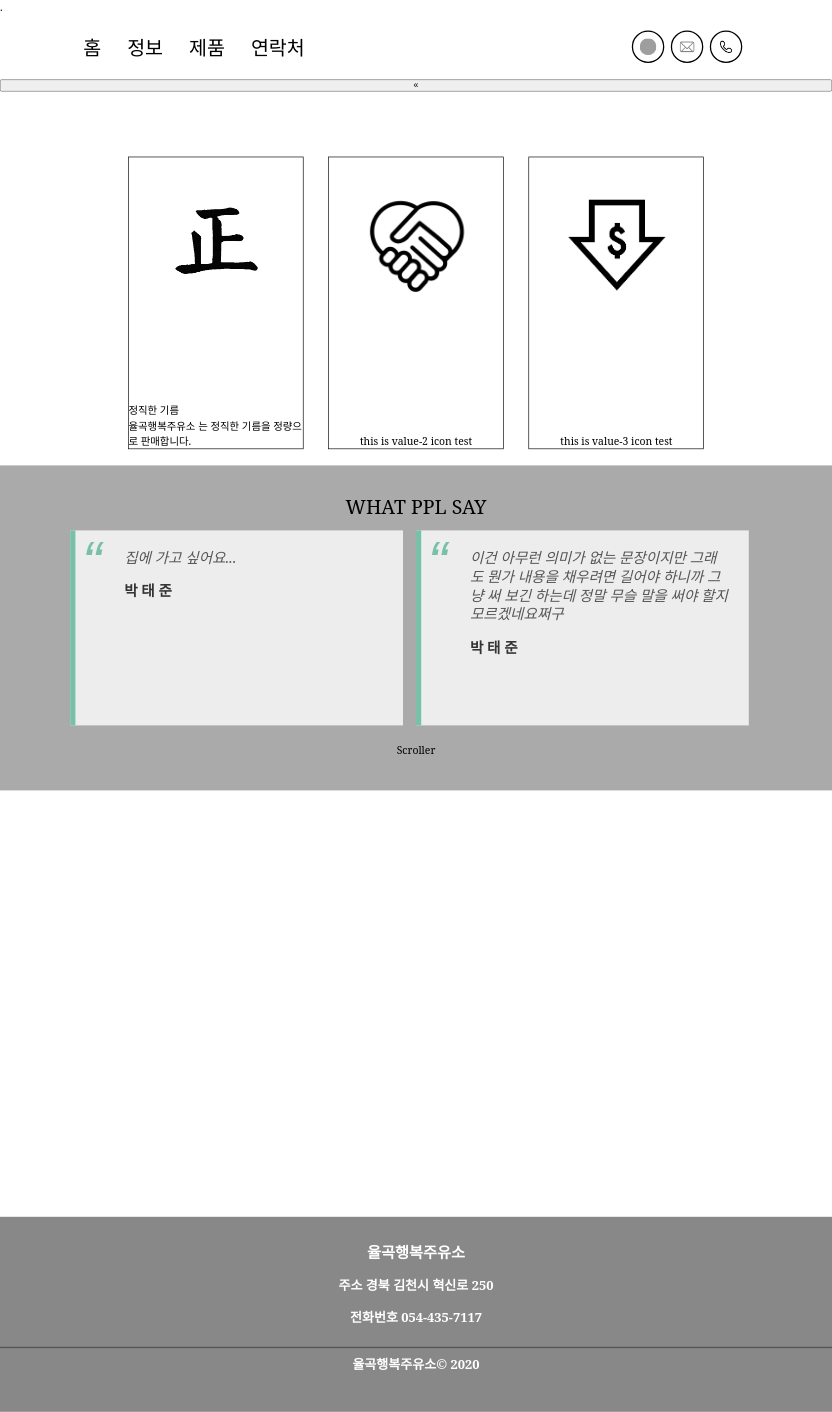
Repository: randomUser134923/pet-projects
Page: pet-projects/web1/index.html
The author's editor kept a record of every edit. The page is drawn from the files as they stood at one moment, then again after the next edit.
The browser window is 1280 px wide. The pictures show the whole page, at 65% of full size.
Pictures or frames that could not be fetched are drawn as grey boxes.

Above is the page before.

### pet-projects/web1/index.html
<!DOCTYPE html>
<html>
    <head>
        <meta charset="utf-8"/>
        <link rel="stylesheet" href="./css/style.css" type="text/css" />
        <link rel="stylesheet" href="./css/banner.css" type="text/css" />
          <link rel="stylesheet" href="https://cdnjs.cloudflare.com/ajax/libs/animate.css/4.1.1/animate.min.css" />
        <script type="text/javascript" src="./js/jquery-3.5.1.js"></script>
        <script src="https://cdnjs.cloudflare.com/ajax/libs/modernizr/2.8.3/modernizr.min.js"></script>.
        <script type="text/javascript" src="./js/banner.js"></script>


    </head>

    <body>
        <header>
            <div class="menu-wrapper">
                <ul class="menu-bar">
                    <li class="home_cont"><a href="#" class="home">홈</a></li>
                    <li class="about_cont"><a href="#" class="about">정보</a></li>
                    <li class="offer_cont"><a href="#" class="offer">제품</a></li>
                    <li class="contract_cont"><a href="#" class="contact">연락처</a></li>
                </ul>

                <ul class="icon-bar">
                    <li><img class="map-icon" src="./images/map.png" /></li>
                    <li><img class="mail-icon" src="./images/mail.png" /></li>
                    <li><img class="call-icon" src="./images/call.png" /></li>
                </ul>

            </div>

        </header>

        <div class="content-wrapper">
            <button onclick="prev()">&laquo;</button>
            <div class="scroller">
                <ul class="items">
                    <li class="item" style="background-image:url(./images/gas-station-1.jpg);"></li>
                    <li class="item" style="background-image:url(./images/img2.jpg);"></li>
                    <li class="item" style="background-image:url(./images/img3.jpg);"></li>
                </ul>
            </div>

            <div class="values">
                <div class="value1">
                    <div class ="value1-icon">
                        <img class= "value-icon-common" src="./images/honest.png"/>
                    </div>
                    <div class="value-text-container">
                        <div class="value-text-container-header">
                            정직한 기름
                        </div>
                        <div class="value-text-container-explain">
                            <p><span class="gas-station-name">율곡행복주유소</span> 는 정직한 기름을 정량으로 판매합니다.</p>
                        </div>
                    </div>
                </div>

                <div class="value2">
                    <div class ="value2-icon">
                        <img class= "value-icon-common" src="./images/kind.png"/>
                    </div>
                    <p>
                        this is value-2 icon test
                    </p>
                </div>

                <div class="value3">
                    <div class ="value3-icon">
                        <img class= "value-icon-common" src="./images/cheap.png"/>
                    </div>
                    <p>
                        this is value-3 icon test
                    </p>
                </div>
            </div>

            <div class="reviews">
                <div class="review-text">
                    WHAT PPL SAY
                </div>

                <div class="review-box-wrapper">
                    <div class="review-box-1">
                        <blockquote>
                            집에 가고 싶어요...
                          <span>박 태 준</span>
                        </blockquote>
                    </div>

                    <div class="review-box-1">
                        <blockquote>
                            이건 아무런 의미가 없는 문장이지만 그래도 뭔가 내용을 채우려면 길어야 하니까 그냥 써 보긴 하는데 정말 무슬 말을 써야 할지 모르겠네요쩌구
                          <span>박 태 준</span>
                        </blockquote>
                    </div>
                </div>

                <div class="scroller">
                    Scroller
                </div>
            </div>

        </div>

        <footer>
            <div class="footer_explain">
                <h3> 율곡행복주유소 </h3>
                <p>
                    <span class="address">주소</span> 경북 김천시 혁신로 250<br>
                    <span class="phone">전화번호</span> 054-435-7117 <br>
                </p>
            </div>

            <div class="copyright">
                <span>율곡행복주유소</span><spanw>&copy</spanw> 2020
            </div>
        </footer>
    </body>
</html>

### pet-projects/web1/css/style.css
/* https://freefrontend.com/css-sliders/ */


* {
    padding: 0;
    margin:0;
    box-sizing: border-box;
}

@font-face { font-family: 'NanumBarunGothic';
src: url('/fonts/NanumBarunGothic.eot');
src: url('/fonts/NanumBarunGothic.eot') format('embedded-opentype'),
url('/fonts/NanumBarunGothic.woff') format('woff');}



header {
    display: flex;
    align-items: center;
    justify-content: center;
    height: 100px;
    width: 100%;
    background-color: #FFFFFF;
}

body {
    font-family: 'NanumGothic', 'serif';

}

ul {
    list-style-type: none;
    text-decoration: none;
}


a {
    text-decoration: none;
}

.menu-wrapper {
    display: flex;
    flex-direction: row;
    width: 80%;
    justify-content: space-between;
    align-items: center;
}

.menu-bar {
    display: flex;
    flex-direction: row;
    align-items: center;
}

.icon-bar {
    display: flex;
    flex-direction: row;
    align-items: center;
}

.map-icon , .call-icon , .mail-icon {
    display: flex;
    justify-content: center;
    align-items: center;
    width: 50px;
    height: 50px;
    padding: 10px;
    mix-blend-mode: multiply;
    border: 2px solid black;
    border-radius: 50px;
    margin-right: 10px;
}

.menu-bar li a {
    color: black;
}

.menu-bar li a:hover {
    color: blue;
}


.home , .about, .offer, .contact {
    display: flex;
    justify-content: center;
    align-items: center;
    font-size: 30px;
    margin-right: 40px;
}



.contact {
    margin-right: 0px;
}

.content-wrapper {
    position: relative;
    display: flex;
    flex-direction: column;
    height: 1750px;

}

/*                           Sliding banner                           */
.scroller {
    position: relative;
    display: flex;
    overflow:hidden;
    flex-wrap: nowrap;
    width: 100%;
    height: 750px;
}



/* ------------------------------------------------------------------- */

.values {
    display: flex;
    justify-content: center;
    align-items: center;
    height: 500px;
}


.value1 , .value2 , .value3 {
    position: relative;
    display:flex;
    justify-content: center;
    align-items: flex-end;
    border: 1px solid black;
    width: 270px;
    height: 90%;
    margin-right: 3%;
}

.value1-text-container {
    display:flex;;
    flex-direction: column;

    width: 80%;
    height: 50%;
}

.value1-text-container-header {
    display:flex;
    text-align: center;

}

.value1-text-container-explain {
    display:flex;
}


.value3 {
    margin-right:0px;
}

.value1-icon , .value2-icon , .value3-icon {
    position: absolute;
    left: 50px;
    top: 50px;
    display: flex;
    justify-content: center;
    align-items: center;

    width: 170px;
    height: 170px;
}

.value-icon-common {
    width: 150px;
    height: 150px;
    mix-blend-mode: multiply;
}

.reviews {
    display: flex;
    justify-content: center;
    align-items: center;
    flex-direction: column;
    height: 500px;
    background-color: #AAAAAA;
}

.review-text {
    display: flex;
    justify-content: center;
    align-items: center;
    height: 75px;
    font-size: 30px;

}

.review-box-wrapper {
    display: flex;
    justify-content: center;
    align-items: center;
    flex-direction: row;
    width: 100%;
    height: 300px;

}

.review-box-1 {
    margin-right: 20px;
}

.review-box-1 , .review-box-2 {
    display: flex;
    justify-content: center;
    align-items: center;
    width: 40%;
    height: 100%;
}

blockquote{
  font-size: 1.4em;
  width:100%;
  height: 100%;
  margin:50px auto;
  font-style:italic;
  color: #555555;
  padding:1.2em 30px 1.2em 75px;
  border-left:8px solid #78C0A8 ;
  line-height:1.3;
  position: relative;
  background:#EDEDED;
}

blockquote::before{
  font-family:Arial;
  content: "\201C";
  color:#78C0A8;
  font-size:4em;
  position: absolute;
  left: 10px;
  top:-10px;
}

blockquote::after{
  content: '';
}

blockquote span{
  display:block;
  color:#333333;
  font-style: normal;
  font-weight: bold;
  margin-top:1em;
}


.scroller {
    display: flex;
    justify-content: center;
    align-items: center;
    height: 75px;
}
footer {
    height: 300px;
    font-size: 20px;
    text-align: center;
    color: white;
    background-color: #888888;
    font-weight: bold;
    line-height: 50px;
    vertical-align: middle;
}

.footer_explain {
    padding-top: 30px;
    height: 200px;
}

.copyright {
    height: 100px;
    border-top: 2px solid #555555;

}

### pet-projects/web1/css/banner.css

i {
    margin: 0;
	padding: 0;
	border: 0;
	font-size: 100%;
	font: inherit;
	vertical-align: baseline;
}


#slides{
  position: relative;
  width: 100%;
  padding: 0;
  margin: 0;
}

.slide{
  height:100%;
  position: relative;
  left: 0;
  top: 0;
  width: 100%;
  opacity: 0;
  transition: opacity 1s;
  background-size: cover;
}

.showing{
  opacity: 1;
  z-index: 2;
}

.slide1{
  background-image: url("../images/img1.jpg")
}

.slide2{
  background-image: url(("../images/img2.jpg)
}

.slide3{
  background-image: url(("../images/img3.jpg")
}



.arrow{
  color: #fff;
  z-index: 3;
  position: absolute;
  top: 80%;
  transition: color 1s;
    font-size: 30px;
}

.arrow:hover{
  cursor: pointer;
  color: #444;

}

.arrow-next{
  left: 20%;
}

.arrow-prev{
  right: 20%;
}



@media(min-width: 750px){

    .arrow-next{
      left: 40%;
    }

    .arrow-prev{
      right: 40%;
    }

}

Loaded but not shown: pet-projects/web1/js/jquery-3.5.1.js (library); pet-projects/web1/js/banner.js (no stored copy; drawn as an empty file)

After the next edit:
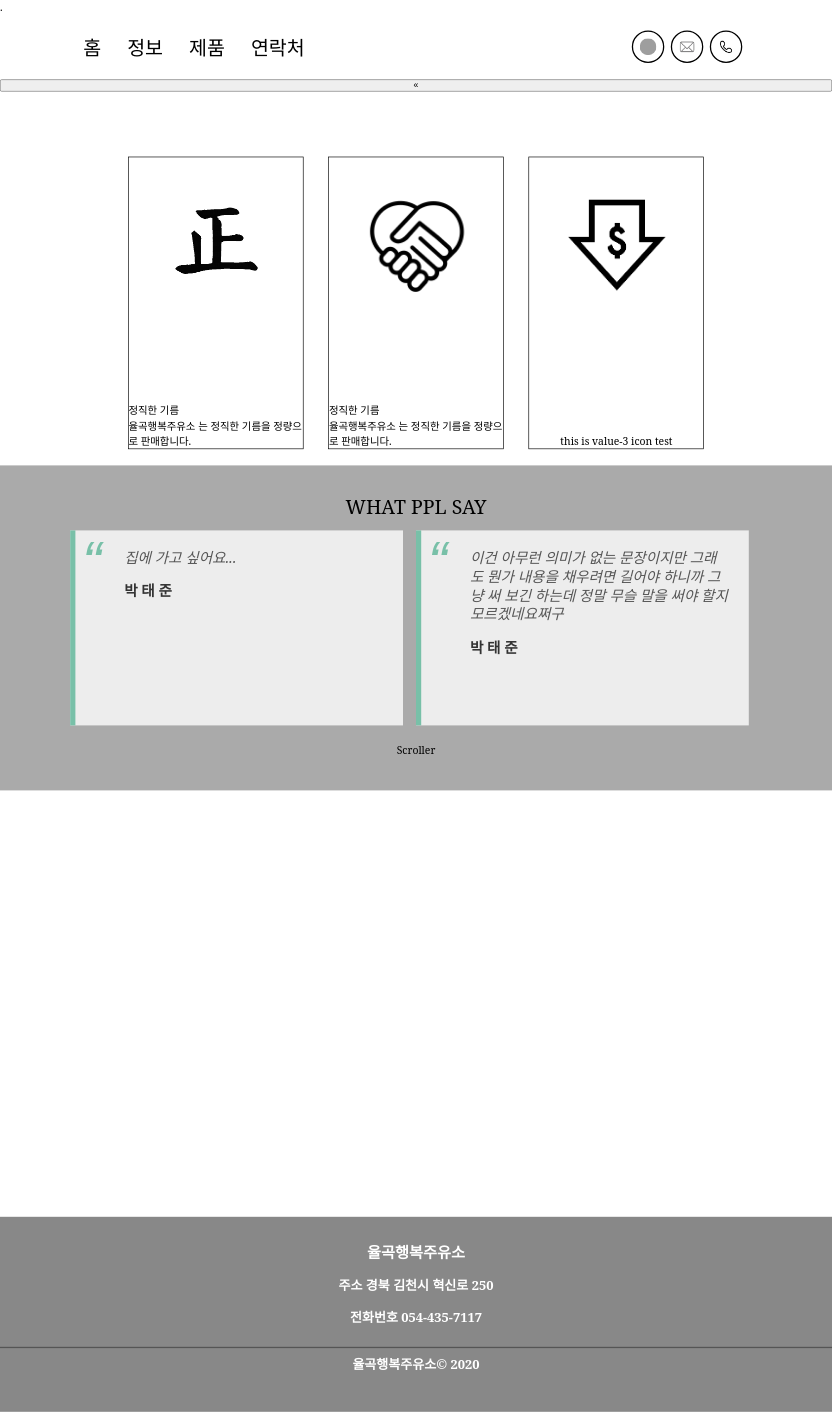
The edit:
--- a/pet-projects/web1/index.html
+++ b/pet-projects/web1/index.html
@@ -61,9 +61,14 @@
                     <div class ="value2-icon">
                         <img class= "value-icon-common" src="./images/kind.png"/>
                     </div>
-                    <p>
-                        this is value-2 icon test
-                    </p>
+                    <div class="value-text-container">
+                        <div class="value-text-container-header">
+                            정직한 기름
+                        </div>
+                        <div class="value-text-container-explain">
+                            <p><span class="gas-station-name">율곡행복주유소</span> 는 정직한 기름을 정량으로 판매합니다.</p>
+                        </div>
+                    </div>
                 </div>
 
                 <div class="value3">
